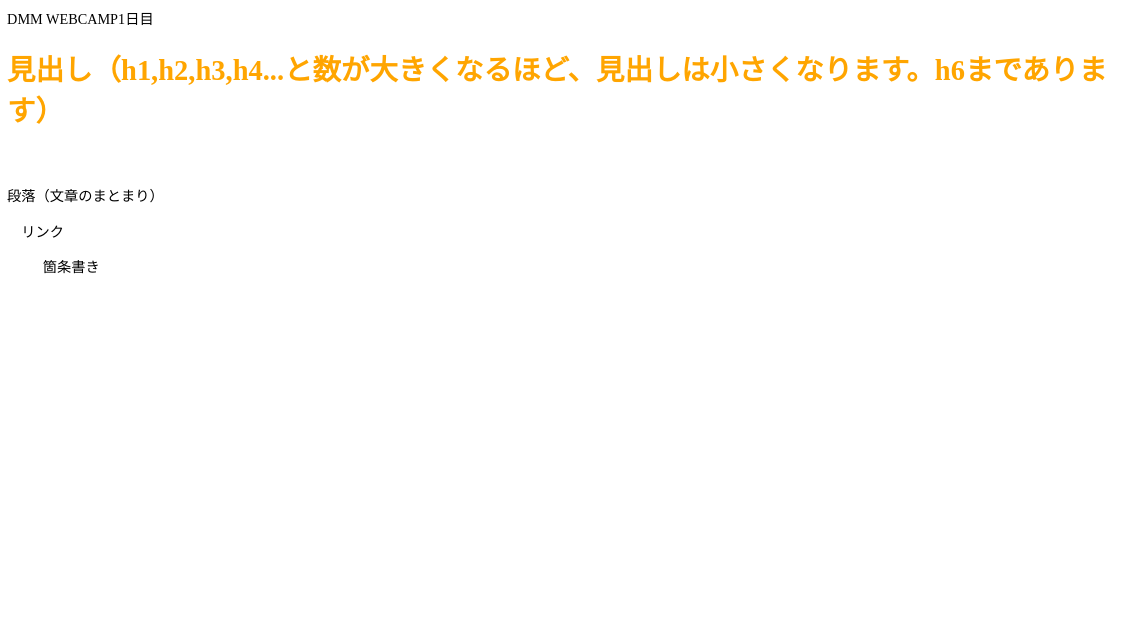
Repository: Takahiro620/dmmwebcamp
Page: enshu2/enshu2.html
The author's editor kept a record of every edit. The page is drawn from the files as they stood at one moment, then again after the next edit.
The browser window is 1280 px wide. The pictures show the whole page, at 89% of full size.

Above is the page before.

### enshu2/enshu2.html
  <head>
    <meta charset="UTF-8" />
    <title>初めてのHTML</title>
    <link rel="stylesheet" href="enshu2style.css" />
  </head>

  <body>
  DMM WEBCAMP1日目
　<h1>見出し（h1,h2,h3,h4...と数が大きくなるほど、見出しは小さくなります。h6まであります）</h1>
　<p>段落（文章のまとまり）</p>
　<a>リンク</a>
　<ul>箇条書き</ul>
  </body>
</html>

Loaded but not shown: enshu2/enshu2style.css (common file)

After the next edit:
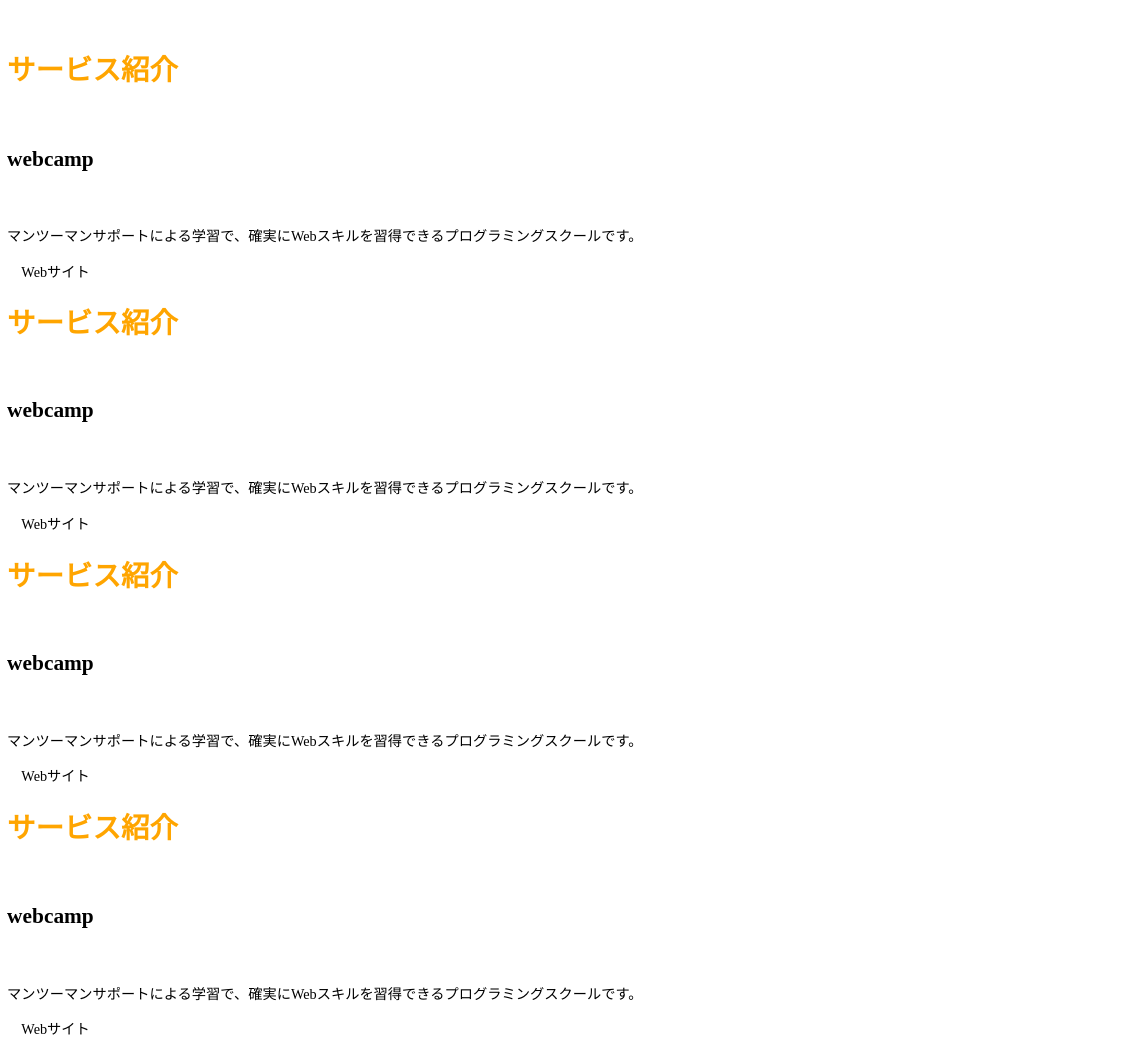
The edit:
--- a/enshu2/enshu2.html
+++ b/enshu2/enshu2.html
@@ -5,10 +5,25 @@
   </head>
 
   <body>
-  DMM WEBCAMP1日目
-　<h1>見出し（h1,h2,h3,h4...と数が大きくなるほど、見出しは小さくなります。h6まであります）</h1>
-　<p>段落（文章のまとまり）</p>
-　<a>リンク</a>
-　<ul>箇条書き</ul>
+　<h1>サービス紹介</h1>
+　<h2>webcamp</h2>
+　<p>マンツーマンサポートによる学習で、確実にWebスキルを習得できるプログラミングスクールです。</p>
+　<a>Webサイト</a>
+
+　<h1>サービス紹介</h1>
+　<h2>webcamp</h2>
+　<p>マンツーマンサポートによる学習で、確実にWebスキルを習得できるプログラミングスクールです。</p>
+　<a>Webサイト</a>
+
+　　<h1>サービス紹介</h1>
+　<h2>webcamp</h2>
+　<p>マンツーマンサポートによる学習で、確実にWebスキルを習得できるプログラミングスクールです。</p>
+　<a>Webサイト</a>
+
+　　<h1>サービス紹介</h1>
+　<h2>webcamp</h2>
+　<p>マンツーマンサポートによる学習で、確実にWebスキルを習得できるプログラミングスクールです。</p>
+　<a>Webサイト</a>
+
   </body>
 </html>
